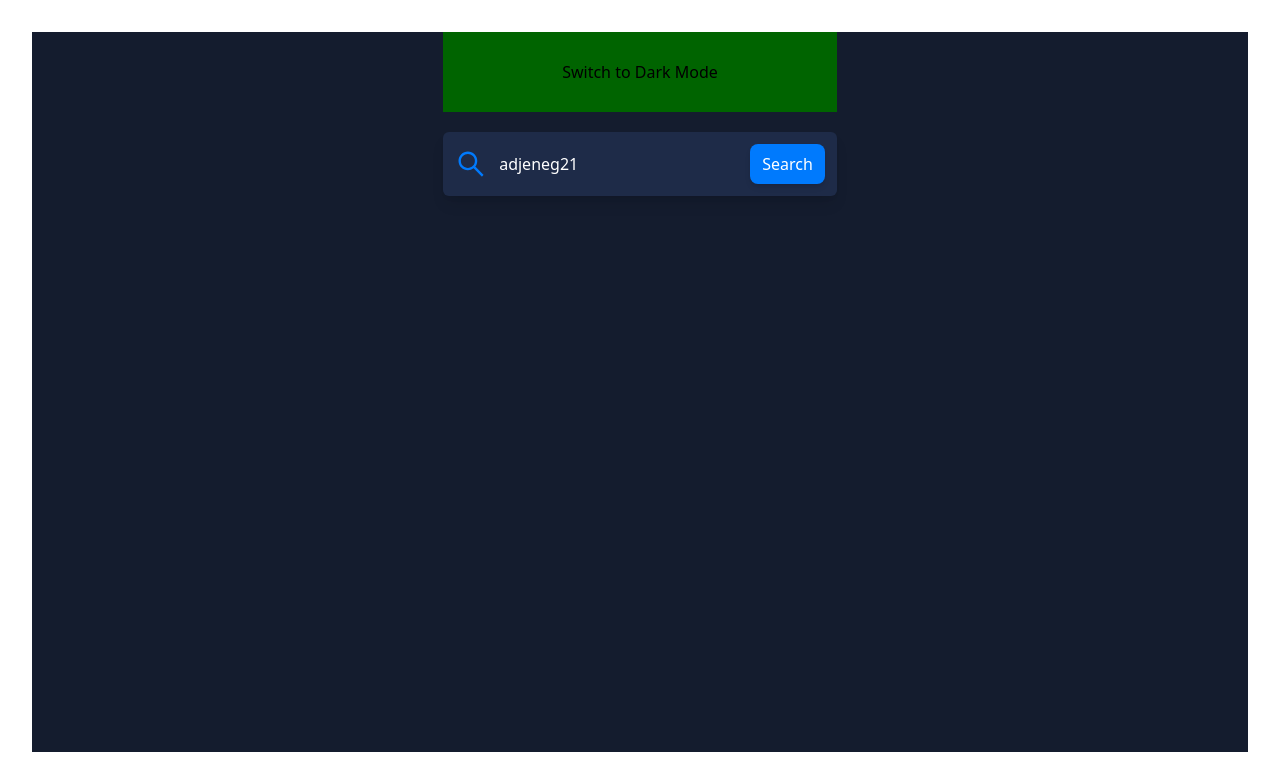
Repository: Gabriel221-dev/Git-Project
Page: /
An editor plug-in stored every save of this project. The page is shown before and after the next save, followed by the edit.
The browser window is 1280 px wide. The pictures show the whole page.
The page's requests for data from a server got no answer. The project was rebuilt for these pictures with package versions that can differ from the ones it lists, and the page was loaded fresh each time. No one was signed in, and anything a server would have sent is missing. Also part of the build but not shown: vite.config.js, src/components/Preview/Preview.jsx.

Above is the page before, as saved 2024-06-28 11:59:19.

### src/App.jsx
// import { useState } from "react";
// import "./App.css";
// import Search from "./components/Search/Search";
// import Preview from "./components/Preview/Preview";
// import DarkAndLightBtn from "./components/DarkAndLightBtn/DarkAndLightBtn";

// function App() {
//   const [data, setData] = useState({});
//   const [isLoading, setIsLoading] = useState(true);

//   return (
//     <div className="flex flex-col gap-5 h-screen w-full justify-center items-center bg-dark-bg">
//       <div>
//         <DarkAndLightBtn />
//         <Search setData={setData} setIsLoading={setIsLoading} />
//       </div>
//       <div>
//         <Preview
//           avatarUrl={data.avatar_url}
//           blog={data.blog}
//           email={data.email}
//           followers={data.followers}
//           following={data.following}
//           location={data.location}
//           login={data.login}
//           name={data.name}
//           public_repos={data.public_repos}
//           twitter={data.twitter}
//           isLoading={isLoading}
//           bio={data.bio}
//           joinedAt={data.created_at?.split("T")[0]}
//         />
//       </div>
//     </div>
//   );
// }

// export default App;

import { useState } from "react";
import "./App.css";
import Search from "./components/Search/Search";
import Preview from "./components/Preview/Preview";

function App() {
  const [data, setData] = useState(null);
  const [isLoading, setIsLoading] = useState(false);
  const [isDarkMode, setIsDarkMode] = useState(false);

  const toggleTheme = () => {
    setIsDarkMode((prevMode) => !prevMode);
  };

  return (
    <div className="flex flex-col gap-5 h-screen w-full justify-center items-center bg-dark-bg">
      <div
        className={`App ${
          isDarkMode ? "dark" : ""
        } min-h-screen flex flex-col items-center gap-5`}
      >
        <div
          className={`w-full p-5 ${
            isDarkMode
              ? "bg-dark-background text-dark-text"
              : "bg-light-green text-light-text"
          }`}
        >
          <button
            onClick={toggleTheme}
            className={`${
              isDarkMode
                ? "bg-dark-primary text-dark-text"
                : "bg-light-primary text-light-text"
            } p-2 rounded-md`}
          >
            Switch to {isDarkMode ? "Light" : "Dark"} Mode
          </button>
        </div>
        <Search setData={setData} setIsLoading={setIsLoading} />
        {data && (
          <Preview
            avatarUrl={data.avatar_url}
            name={data.name}
            login={data.login}
            public_repos={data.public_repos}
            followers={data.followers}
            following={data.following}
            location={data.location}
            blog={data.blog}
            twitter={data.twitter_username}
            email={data.email}
            isLoading={isLoading}
            bio={data.bio}
            joinedAt={new Date(data.created_at).toLocaleDateString()}
          />
        )}
      </div>
    </div>
  );
}

export default App;

### src/App.css
#root {
  max-width: 1280px;
  margin: 0 auto;
  padding: 2rem;
  text-align: center;
}

.logo {
  height: 6em;
  padding: 1.5em;
  will-change: filter;
  transition: filter 300ms;
}
.logo:hover {
  filter: drop-shadow(0 0 2em #646cffaa);
}
/* .logo.react:hover {
  filter: drop-shadow(0 0 2em #61dafbaa);
} */

@keyframes logo-spin {
  from {
    transform: rotate(0deg);
  }
  to {
    transform: rotate(360deg);
  }
}

@media (prefers-reduced-motion: no-preference) {
  a:nth-of-type(2) .logo {
    animation: logo-spin infinite 20s linear;
  }
}

.card {
  padding: 2em;
}

.read-the-docs {
  color: #888;
}

### src/components/Search/Search.jsx
import React, { useEffect, useState } from "react";

function Search({ setData, setIsLoading }) {
  const [userName, setUserName] = useState("adjeneg21");
  const [error, setError] = useState("");
  const handleClick = async () => {
    setIsLoading(true);
    setError("");
    const data = await fetch(`https://api.github.com/users/${userName}`);
    if (!data.ok) {
      if (data.status === 404) {
        throw new Error("user not found");
      } else {
        throw new Error("something went wrong. Please try again");
      }
    }
    const userData = await data.json();
    setData(userData);
    setError(error.message);
    setIsLoading(false);
    console.log(userData);
  };

  useEffect(() => {
    handleClick();
  }, []);
  return (
    <div className="flex bg-dark-gray p-3 gap-5 rounded-md shadow-lg ">
      <div className="flex items-center gap-3">
        <span>
          {" "}
          <svg
            className="text-dark-blue"
            viewBox="0 0 1024 1024"
            fill="currentColor"
            height="2em"
            width="2em"
          >
            <path d="M909.6 854.5L649.9 594.8C690.2 542.7 712 479 712 412c0-80.2-31.3-155.4-87.9-212.1-56.6-56.7-132-87.9-212.1-87.9s-155.5 31.3-212.1 87.9C143.2 256.5 112 331.8 112 412c0 80.1 31.3 155.5 87.9 212.1C256.5 680.8 331.8 712 412 712c67 0 130.6-21.8 182.7-62l259.7 259.6a8.2 8.2 0 0011.6 0l43.6-43.5a8.2 8.2 0 000-11.6zM570.4 570.4C528 612.7 471.8 636 412 636s-116-23.3-158.4-65.6C211.3 528 188 471.8 188 412s23.3-116.1 65.6-158.4C296 211.3 352.2 188 412 188s116.1 23.2 158.4 65.6S636 352.2 636 412s-23.3 116.1-65.6 158.4z" />
          </svg>
        </span>
        <input
          className="bg-transparent outline-none text-white"
          value={userName}
          onChange={(e) => setUserName(e.target.value)}
          type="text"
          placeholder="Search Github Username..."
        />
      </div>
      <div>
        <button
          onClick={handleClick}
          className="bg-dark-blue rounded-lg px-3 py-2 text-white shadow-md "
        >
          Search
        </button>
      </div>
    </div>
  );
}

export default Search;

### tailwind.config.js
/** @type {import('tailwindcss').Config} */
export default {
  content: [
    "./index.html",
    "./src/**/*.{js,ts,jsx,tsx}",
  ],
  theme: {
    extend: {
      colors:{
        "dark-bg":"#141c2e",
        "dark-gray":"#1e2b48",
        "dark-blue":"#007afd",
        "light-green" : "#006400",
      }
    },
  },
  plugins: [],
}

Loaded but not shown: index.html (common file); src/main.jsx (common file); src/index.css (common file)

After the next save:
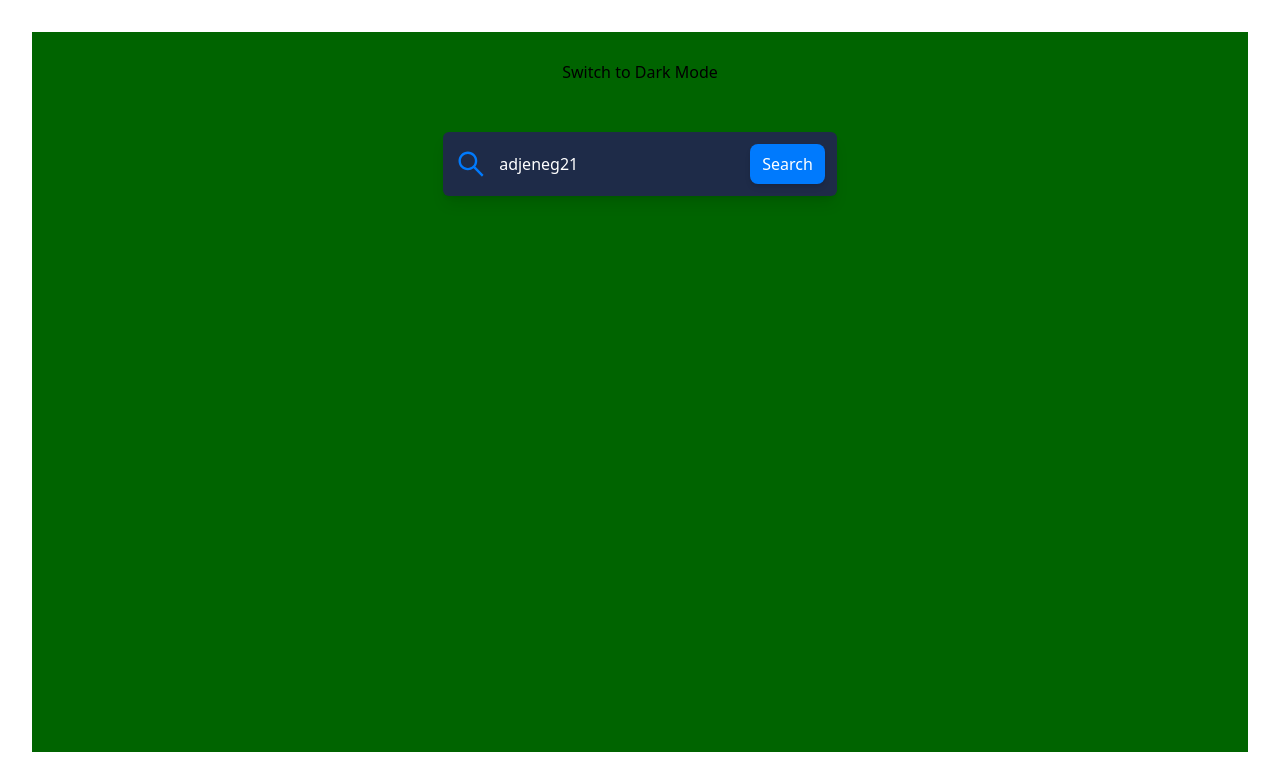
Saved 42 s later.
--- a/src/App.jsx
+++ b/src/App.jsx
@@ -52,7 +52,7 @@
   };
 
   return (
-    <div className="flex flex-col gap-5 h-screen w-full justify-center items-center bg-dark-bg">
+    <div className="flex flex-col gap-5 h-screen w-full justify-center items-center bg-light-green">
       <div
         className={`App ${
           isDarkMode ? "dark" : ""
